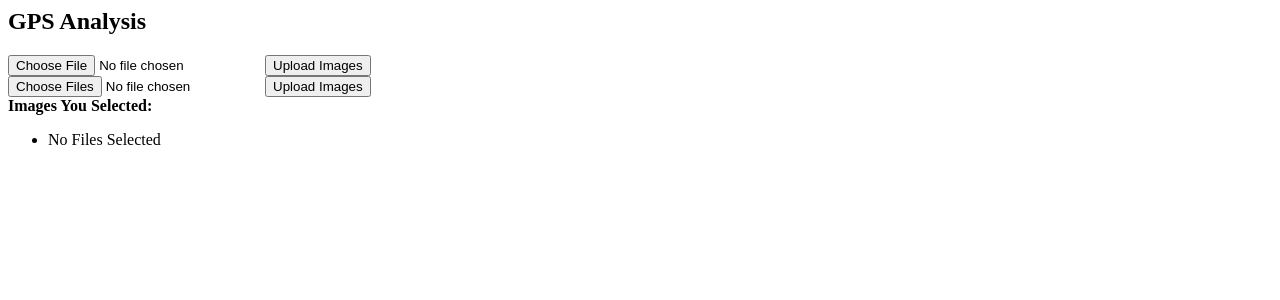
Repository: hanjangchen/Raspberry
Page: prjGAEGPSAnalysis/prjGPSAnalysis/src/static/my_ng_templates/desktop/index_data_analysis.html
These files come from the project's save history. The page is drawn as it stood at one moment and after the next save; the edit follows.
The browser window is 1280 px wide. The pictures show the whole page.

Above is the page before, as saved 2014-11-03 00:18:23.
Console error: ReferenceError: $ is not defined

### prjGAEGPSAnalysis/prjGPSAnalysis/src/static/my_ng_templates/desktop/index_data_analysis.html
<!-- sub-template for index page -->
<div>
	<h2>GPS Analysis</h2>
</div>

<!-- content block -->
<div class="container-fluid" ng-controller = "myIndexTwoCtrl as ctrl">
	<div class="row">
		<div class="col-xs-1 col-sm-1 col-md-1 col-lg-1 ">
		</div>
		<div class="col-xs-10 col-sm-10 col-md-10 col-lg-10 text-center">
			<!-- upload images -->
			<div class="col-xs-12 col-sm-12 col-md-12 col-lg-12 form-inline text-center">

				<div class="col-xs-1 col-sm-1 col-md-1 col-lg-1"></div>

				<div class="col-xs-3 col-sm-3 col-md-3 col-lg-3"></div>
				<input type="file" ng-model="images_data_to_upload" class="col-xs-4 col-sm-4 col-md-4 col-lg-4 form-control ">
				<input type="button" value="Upload Images" ng-click= "ctrl.upload_img_to_blobstore()" class="col-xs-3 col-sm-3 col-md-3 col-lg-3 btn btn-default " >

				<div class="col-xs-1 col-sm-1 col-md-1 col-lg-1"></div>
			</div>

			<!-- upload -->
			<div class="col-xs-12 col-sm-12 col-md-12 col-lg-12 form-group text-center">
				<input type="file" id="images_for_upload" name="images_for_upload"
					multiple="true" value="Add Images" accept="image/*"
					required="required" class="col-xs-12 col-sm-12 col-md-12 col-lg-12 btn btn-default" >

				<input type="button" id="btn_upload"
					value="Upload Images" class="col-xs-12 col-sm-12 col-md-12 col-lg-12 btn btn-default">
			</div>
			<div class="col-xs-12 col-sm-12 col-md-12 col-lg-12">
				<strong>Images You Selected:</strong>
				<ul id="files_list" class="list-control col-xs-12 col-sm-12 col-md-12 col-lg-12 text-center">
					<li class="list-group-item">No Files Selected</li>
				</ul>
			</div>
			<div class="col-xs-12 col-sm-12 col-md-12 col-lg-12 ">
				<table id="photo_table">
				</table>
			</div>
		</div>
		<div class="col-xs-1 col-sm-1 col-md-1 col-lg-1">
		</div>
	</div>
</div>

<!-- js libs -->
<script type="text/javascript" src="/js/plugin_mis/numeric-1.2.6.min.js"></script>
<script type="text/javascript" src="/js/plugin_mis/particle_swarm_optimization.js"></script>
<script type="text/javascript" src="/js/index_data_analysis.js"></script>

### prjGAEGPSAnalysis/prjGPSAnalysis/src/static/javascripts/plugin_mis/particle_swarm_optimization.js
/*
 *  Particles Swarm Optimization
 *  This is a standard PSO to find out optimal solution through out the stochastic spaces
 *  PS: Current test function is (0.007 * x_1 * (-x_2 -1)) * ( cos(x_1 + 0.3) - sin(x_2))+(1 - sin(x_1)) and the optimal value is around -1.798
 * */

var particles_swarm_optimization = {

		// configuration
		config : {
			parameters_range : [[-15, -15],[15, 15]], // ranges of particles;
														// row 1 represent low
														// boundary and row 2
														// represent up boundary
			particles_size : 60, // size of particles swarm
			iteration : 50, // iteration number
			max_min_factor : -1, // 1 means to find max; -1 means to find min
			Emax : Number.MAX_VALUE, // maximum value
			Emin : -Number.MAX_VALUE, // minimum value
			Type : 0, // 0 for real number; 1 for integer

			c1 : 2.05, // cognitive parameter (original value; would be
						// replaced by linear change)
			c2 : 4.1 - 2.05, // c2 = 4.1 - c1 // social parameter (original
								// value; would be replaced by linear change)
			constriction_factor : 0.729, // constrain factor

			diff_of_ranges : [], // ranges of each parameter (from low
									// boundary to up boundary)
			up_boundaries : [], //
			low_boundaries : [], // low boundary

			particles_values : [], // values set of particles
			particles_initial_values : [], // initial values set of particles

			particles_velocity : [], // velocity set of particles
			particles_initial_velocity : [], // can be zero or certain
												// reasonable values based on
												// each particle range

			performance_index_set : [], // performance index set
			performance_initial_index_set : [], // initial performance index set

			learning_rate : 0, // learning rate
			learning_rate_self_param_min : 0.4, // minimum learning rate of
												// particle itself
			learning_rate_self_param_max : 0.9, // maximum learning rate of
												// particle itself
			learning_rate_cognitive_min : 1.9, // minimum learning rate of
												// cognitive parameter
			learning_rate_cognitive_max : 2.1, // maximum learning rate of
												// cognitive parameter
			learning_rate_cognitive : 0,
			learning_rate_social : 0,
			learning_rate_self : 0,

			min_cost : 0, // minimum cost
			min_cost_set : [],
			mean_cost : 0, // mean value
			mean_cost_set : [],
			RMS_cost : 0, // root-mean-square cost
			RMS_cost_set : [],

			local_optimal : 0, // local optimal
			index_local_optimal : 0, // index of global optimal in particles
										// set
			global_optimal : 0, // global optimal
			index_global_optimal : 0, // index of global optimal
			local_optimal_value_set : [],
			local_optimal_particles_set : [],
			global_optimal_value_set : [],
			global_optimal_particles_set : [],

		},

		// initialization function
		init_pso : function(){
			/* new */
			this.config.low_boundaries = this.config.parameters_range[0];
			this.config.up_boundaries = this.config.parameters_range[1];
			this.config.diff_of_ranges = numeric.sub(this.config.up_boundaries, this.config.low_boundaries);

			// init particles' values
			this.config.particles_values = numeric.random([this.config.particles_size, this.config.parameters_range[0].length]);
			this.config.particles_values = numeric.dotMMbig(this.config.particles_values, [[this.config.diff_of_ranges[0], 0], [0, this.config.diff_of_ranges[1]]]);
			var temp_low_boundaries_matrix = numeric.rep([this.config.particles_size], this.config.low_boundaries);
			this.config.particles_values = numeric.add(this.config.particles_values, temp_low_boundaries_matrix);

			// init particles velocity
			this.config.particles_velocity = numeric.rep([this.config.particles_size], [0, 0]);

			// evaluate init particles set
			for(var ith = 0; ith < this.config.particles_size; ith++){
				temp_particle_values = this.config.particles_values[ith];

				var performance_index = (0.007 * temp_particle_values[0] * (-temp_particle_values[1]-1)) * (Math.cos(temp_particle_values[0]+0.3) - Math.sin(temp_particle_values[1]))+(1-Math.sin(temp_particle_values[0]));
				if (performance_index > this.config.Emax){
					performance_index = this.config.Emax;
				}
				if (performance_index < this.config.Emin){
					performance_index = this.config.Emin;
				}
				this.config.performance_initial_index_set.push(performance_index);
			}

			// update optimal
			var temp_cost = numeric.mul(- this.config.max_min_factor, this.config.performance_initial_index_set);
			this.config.min_cost = Math.min.apply(Math, temp_cost);
			this.config.min_cost_set = numeric.rep([this.config.particles_size], this.config.min_cost);
			this.config.global_optimal = this.config.min_cost;
			var temp_min_index = temp_cost.indexOf(this.config.min_cost);
			var temp_optimal_particle = this.config.particles_values[temp_min_index];

			this.config.local_optimal_particles_set = numeric.rep([this.config.particles_size], temp_optimal_particle);
			this.config.global_optimal_particles_set = this.config.local_optimal_particles_set;
			this.config.local_optimal_value_set = numeric.rep([this.config.particles_size], this.config.min_cost);

			this.config.mean_cost = numeric.sum(temp_cost) / this.config.particles_size;

		},

		// go through iteration
		go_iteration : function(){
			for(var ith = 0; ith < this.config.iteration; ith++ ){
				this.config.learning_rate_self = this.config.learning_rate_self_param_max - (this.config.learning_rate_self_param_max - this.config.learning_rate_self_param_min) * (ith + 1) / this.config.iteration;

				this.config.learning_rate_cognitive = this.config.learning_rate_cognitive_max - (this.config.learning_rate_cognitive_max - this.config.learning_rate_cognitive_min) * (ith + 1) / this.config.iteration; //
				this.config.learning_rate_social = 4.1 - this.config.learning_rate_cognitive;

				var random_factor_cognitive = numeric.random([this.config.particles_size, this.config.parameters_range[0].length]);
				var random_factor_social = numeric.random([this.config.particles_size, this.config.parameters_range[0].length]);

				var temp_updated_velocity = [];
				var updated_self_learning_rate = numeric.mul(this.config.learning_rate_self, this.config.particles_velocity);

				var updated_cognitive_learning_rate = numeric.sub(this.config.local_optimal_particles_set, this.config.particles_values );
				updated_cognitive_learning_rate = numeric.mul(this.config.learning_rate_cognitive, random_factor_cognitive, updated_cognitive_learning_rate);

				var updated_social_learning_rate = numeric.sub(this.config.global_optimal_particles_set, this.config.particles_values);
				updated_social_learning_rate = numeric.mul(this.config.learning_rate_social, random_factor_social, updated_social_learning_rate);

				temp_updated_velocity = numeric.add(updated_self_learning_rate, updated_cognitive_learning_rate, updated_social_learning_rate);

				// update velocity
				this.config.particles_velocity = numeric.mul(this.config.constriction_factor, temp_updated_velocity);


				// update particles' values
				this.config.particles_values = numeric.add(this.config.particles_values, this.config.particles_velocity);


				// find out values outside boundaries
				var low_boundaries_set = numeric.rep([this.config.particles_size], this.config.low_boundaries);
				var up_boundaries_set = numeric.rep([this.config.particles_size], this.config.up_boundaries);

				var outside_min_boundary = numeric.leq(this.config.particles_values, low_boundaries_set);
				var not_outside_min_boundary = numeric.not(outside_min_boundary);
				var min_replaced_values = numeric.mul(outside_min_boundary, low_boundaries_set);
				var min_original_values = numeric.mul(not_outside_min_boundary, this.config.particles_values);

				this.config.particles_values = numeric.add(min_replaced_values, min_original_values);

				var outside_max_boundary = numeric.geq(this.config.particles_values, up_boundaries_set);
				var not_outside_max_boundary = numeric.not(outside_max_boundary);
				var max_replaced_values = numeric.mul(outside_max_boundary, up_boundaries_set);
				var max_original_values = numeric.mul(not_outside_max_boundary, this.config.particles_values);

				this.config.particles_values = numeric.add(max_replaced_values, max_original_values);

				// evaluate performance
				var temp_particle_values = 0;
				this.config.performance_index_set = [];
				for(var jth = 0; jth < this.config.particles_size; jth++){
					temp_particle_values = this.config.particles_values[jth];

					var performance_index = (0.007 * temp_particle_values[0] * (-temp_particle_values[1] - 1)) * (Math.cos(temp_particle_values[0] + 0.3) - Math.sin(temp_particle_values[1])) + (1 - Math.sin(temp_particle_values[0]));
					if (performance_index > this.config.Emax){
						performance_index = this.config.Emax;
					}
					if (performance_index < this.config.Emin){
						performance_index = this.config.Emin;
					}
					this.config.performance_index_set.push(performance_index);
				}

				//
				var temp_cost_set = numeric.mul(- this.config.max_min_factor, this.config.performance_index_set);


				var temp_better_cost_set = numeric.lt(temp_cost_set, this.config.local_optimal_value_set);
				var not_temp_better_cost_set = numeric.not(temp_better_cost_set);
				var replaced_cost_set = numeric.mul(temp_better_cost_set, temp_cost_set);
				var original_cost_set = numeric.mul(not_temp_better_cost_set, this.config.local_optimal_value_set);
				this.config.local_optimal_value_set = numeric.add(replaced_cost_set, original_cost_set);

				var better_cost_set = numeric.transpose([temp_better_cost_set, temp_better_cost_set]);
				better_cost_set = numeric.mul(better_cost_set, this.config.particles_values);
				var not_better_cost_set = numeric.transpose([not_temp_better_cost_set, not_temp_better_cost_set]);
				not_better_cost_set = numeric.mul(not_better_cost_set, this.config.local_optimal_particles_set);
				this.config.local_optimal_particles_set = numeric.add(better_cost_set, not_better_cost_set);


				var temp_optimal = Math.min.apply(Math, this.config.local_optimal_value_set);
				var temp_optimal_index = this.config.local_optimal_value_set.indexOf(temp_optimal);
				var pre_global_optimal = this.config.global_optimal;
				if (temp_optimal < this.config.global_optimal){
					this.config.global_optimal = temp_optimal;
					this.config.global_optimal_particles_set = numeric.rep([this.config.particles_size], this.config.particles_values[temp_optimal_index]);

					if (Math.abs(temp_optimal - pre_global_optimal) < numeric.epsilon){
						break;
					}
				}
			}
		},

		// start optimization
		start_optimization : function(){
			this.init_pso();
			this.go_iteration();
			console.log(JSON.stringify(this.config.global_optimal,2,2));
		}
}

// test
particles_swarm_optimization.start_optimization();

### prjGAEGPSAnalysis/prjGPSAnalysis/src/static/javascripts/index_data_analysis.js
(function() {
	/* JQuery */
	var ary_img_description = {};
	var has_images_to_upload = false;

	var input = document.getElementById("images_for_upload");
	var valid_files_ul = $("#valid_files_list");
	var invalid_files_ul = $("#invalid_files_list");

	$('#images_for_upload')
			.change(
					function() {
						//
						var toolarge = "";
						var maxsize = 1024000;

						//
						if (valid_files_ul.children().length > 0) {
							valid_files_ul.empty();
						}
						if (invalid_files_ul.children().length > 0) {
							invalid_files_ul.empty();
						}

						//
						for ( var i = 0; i < input.files.length; i++) {
							if (input.files[i].size > maxsize) {
								toolarge += input.files[i].name + "\n";
								invalid_files_ul.append("<li class='list-group-item'>" + input.files[i].name + "</li>");

							} else {
								valid_files_ul.append("<li class='list-group-item'>" + input.files[i].name + "</li>");
								ary_img_description[i] = {"label" : "", "content" : "" };

								// update the flag
								has_images_to_upload = true;
							}
						}

						//
						if (valid_files_ul.children().length <= 0) {
							valid_files_ul.append("<li class='list-group-item'>No Files Selected</li>");
						}
						if (invalid_files_ul.children().length <= 0) {
							invalid_files_ul.append("<li class='list-group-item'>No Invalid Files</li>");
						}

						//
						if (toolarge !== "") {
							alert("These images were not uploaded due to size limit of 1MB\n"
									+ toolarge);
						}
					});

	$('#btn_upload').click(function() {
		var input = document.getElementById("images_for_upload");
		var maxsize = 1024000;
		var requests = [];
		var upload_block = $('#processing_cover');

		if (input.files.length <= 0 && has_images_to_upload) {
			alert('No data for upload');
		} else {
			// popup cover
			upload_block.css({
				'display' : 'block'
			});
			for ( var i = 0; i < input.files.length; i++) {
				if (input.files[i].size < maxsize) {
					var filedata = new FormData();
					filedata.append("image_for_upload", input.files[i]);

					//
					requests.push($.ajax({
									url : upload_url,
									data : filedata,
									cache : false,
									contentType : false,
									processData : false,
									type : 'POST',
									success : handle_successful_ajax,
									error : handle_failed_ajax
					}));

					// handle requests response
					$.when.apply(undefined, requests).done(function(results){
							console.log(JSON.stringify(results,2,2));
							// popup cover
							upload_block.css({
								'display' : 'none'
							});

							// update the flag
							has_images_to_upload = false;

							// update list
							valid_files_ul.empty();
							invalid_files_ul.empty();
						});
				}
			}
		}
	});

	function handle_successful_ajax(response){
		var data = JSON.parse(response);
		imagelinks = data['img_urls'];
		img_title = data['img_title'];
		img_description = data['img_description'];
		console.log(imagelinks);
		for ( var i = 0; i < imagelinks.length; i++) {
			$('#photo_table')
					.append(
							'<tr><td><img class="img-responsive" style="width: 400px;" src=' + imagelinks[i] + '> </td>' + '<td><h4>Image Title</h4><p style="font-size: 13px;">'+ img_title +'</p>' + '<h4>Image Description</h4><p style="font-size: 13px;">' + img_description + '</p>' +  '</td></tr>');
		}
	}

	function handle_failed_ajax(response){
		console.log(JSON.stringify(response,2,2));
	}
})();

Loaded but not shown: prjGAEGPSAnalysis/prjGPSAnalysis/src/static/javascripts/plugin_mis/numeric-1.2.6.min.js (library)

After the next save:
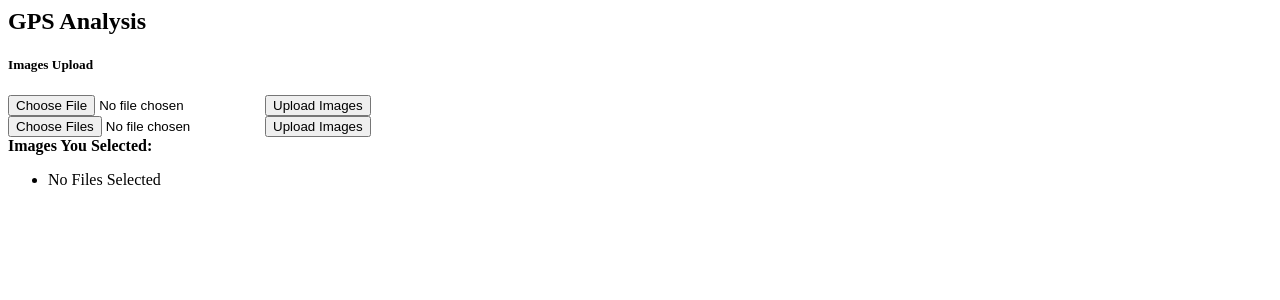
Saved 4 min 25 s later.
--- a/prjGAEGPSAnalysis/prjGPSAnalysis/src/static/my_ng_templates/desktop/index_data_analysis.html
+++ b/prjGAEGPSAnalysis/prjGPSAnalysis/src/static/my_ng_templates/desktop/index_data_analysis.html
@@ -14,7 +14,7 @@
 
 				<div class="col-xs-1 col-sm-1 col-md-1 col-lg-1"></div>
 
-				<div class="col-xs-3 col-sm-3 col-md-3 col-lg-3"></div>
+				<h5 class="col-xs-3 col-sm-3 col-md-3 col-lg-3">Images Upload</h5>
 				<input type="file" ng-model="images_data_to_upload" class="col-xs-4 col-sm-4 col-md-4 col-lg-4 form-control ">
 				<input type="button" value="Upload Images" ng-click= "ctrl.upload_img_to_blobstore()" class="col-xs-3 col-sm-3 col-md-3 col-lg-3 btn btn-default " >
 
